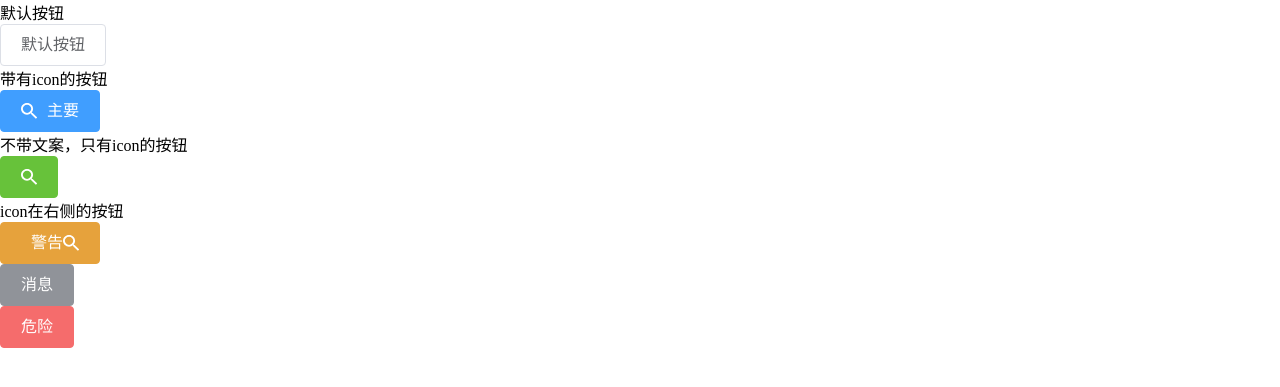
Repository: onlyadaydreamer/dreamer-ui
Page: /
An editor plug-in stored every save of this project. The page is shown before and after the next save, followed by the edit.
The browser window is 1280 px wide. The pictures show the whole page.
The project was rebuilt for these pictures with package versions that can differ from the ones it lists, and the page was loaded fresh each time. Also part of the build but not shown: src/styles/icon.js, src/packages/index.js.

Above is the page before, as saved 2020-05-13 15:42:58.

### src/main.js
import Vue from 'vue'
import App from './App.vue'

Vue.config.productionTip = false

import dreamerUI from './packages/index';
Vue.use(dreamerUI);

new Vue({
  render: h => h(App),
}).$mount('#app')

### src/App.vue
<template>
  <div id="app">
      <p>默认按钮</p>
    <dreamer-button>默认按钮</dreamer-button>
    <p>带有icon的按钮</p>
    <dreamer-button type="primary" icon="search">主要</dreamer-button>
    <p>不带文案，只有icon的按钮</p>
    <dreamer-button type="success" icon="search"></dreamer-button>
    <p>icon在右侧的按钮</p>
    <dreamer-button type="warning" icon="search" icon-position="right">警告</dreamer-button>
    <p></p>
    <dreamer-button type="info">消息</dreamer-button>
    <p></p>
    <dreamer-button type="danger">危险</dreamer-button>
  </div>
</template>

<script>

export default {

}
</script>

<style lang="scss">

</style>

### src/packages/button.vue
<template>
    <button class="dreamer-button" :class="btnClass">
        <dreamer-icon v-if="icon" :icon="icon" class="icon"></dreamer-icon>
        <!--有可能不写文案-->
        <span v-if="this.$slots.default">
            <slot></slot>
        </span>
    </button>
</template>

<script>
export default {
    name: 'dreamer-button',
    props: {
        type: {
            type: String,
            default: '',
            validator(type) {
                if (type && !['primary', 'success', 'warning', 'info', 'danger'].includes(type)) {
                    console.error('type类型必须为' + ['primary', 'success', 'warning', 'info', 'danger'].join('、'));
                }
                return true;// 最终都通过校验
            }
        },
        icon: {
            type: String
        },
        iconPosition: {
            type: String,
            default: 'left',
            validator(position) {
                if (position && !['primary', 'success', 'warning', 'info', 'danger'].includes(position)) {
                    console.error('position必须为' + ['left', 'right'].join('、'));
                }
                return true;
            }
        }
    },
    computed: {
        btnClass() {
            let classes = [];
            if (this.type) {
                classes.push(`dreamer-button-${this.type}`);
            }
            if (this.iconPosition) {
                classes.push(`dreamer-button-${this.iconPosition}`);
            }
            return classes;
        }
    }
}
</script>

<style lang="scss">
@import "../styles/_var.scss";
$height: 42px;
$font-size: 16px;
$color: #606266;
$border-color: #dcdfe6;
$background: #ecf5ff;
$active-color: #3a8ee6;

.dreamer-button {
    border-radius: $border-radius;
    border: 1px solid $border-color;
    color: $color;
    background: #fff;
    height: $height;
    cursor: pointer;
    font-size: $font-size;
    line-height: 1;
    padding: 12px 20px;
    display: inline-flex;
    justify-content: center;
    vertical-align: middle;
    &:hover {
        border-color: $border-color;
        background-color: $background;
    }
    &:focus,
    &:active {
        color: $active-color;
        border: 1px solid $active-color;
        outline: none;
        background-color: $background;
    }
    //   &-primary {}
    //   &-success {}
    //    ... 这么一遍一遍写太麻烦
    @each $type,
        $color
            in (
                primary: $primary,
                success: $success,
                info: $info,
                warning: $warning,
                danger: $danger
            )
    {
        &-#{$type} {
            background: #{$color};
            border: 1px solid #{$color};
            color: #fff;
            fill: #fff;
        }
    }
    @each $type,
        $color
            in (
                primary: $primary-hover,
                success: $success-hover,
                info: $info-hover,
                warning: $warning-hover,
                danger: $danger-hover
            )
    {
        &-#{$type}:hover {
            background: #{$color};
            border: 1px solid #{$color};
            color: #fff;
        }
    }
    @each $type,
        $color
            in (
                primary: $primary-active,
                success: $success-active,
                info: $info-active,
                warning: $warning-active,
                danger: $danger-active
            )
    {
        &-#{$type}:active,
        &-#{$type}:focus {
            background: #{$color};
            border: 1px solid #{$color};
            color: #fff;
        }
    }
    .icon {
        width: 16px;
        height: 16px;
    }
    .icon + span {// 如果icon后面有span标签的话, 设置span标签的样式
        margin-left: 10px;
    }
    span + .icon {// 如果icon前面有span标签的话, 设置span标签的样式
        margin-right: 10px;
    }
    &-left {
        svg{order: 1};
        span {order: 2};
    }
    &-right {
        svg{order: 2};
        span {order: 1};
    }
}
</style>

### src/packages/icon.vue
<template>
   <svg class="dreamer-icon" aria-hidden="true">
        <use :xlink:href="`#icon-${icon}`"></use>
    </svg>
</template>

<script>
import '../styles/icon';
export default {
    name: 'dreamer-icon',
    props: {
        icon: {
            type: String,
            required: true
        }
    }
}
</script>

<style lang="scss">
.dreamer-icon {
       width: 25px;
       height: 25px;
       vertical-align: middle;
    }
</style>

### src/styles/_var.scss
$border-radius: 4px;

$primary: #409EFF;
$success: #67C23A;
$warning: #E6A23C;
$danger: #F56C6C;
$info: #909399;

$primary-hover: #66B1FF;
$success-hover: #85CE61;
$warning-hover: #EBB563;
$danger-hover: #F78989;
$info-hover: #A6A9AD;

$primary-active: #3A8EE6;
$success-active: #5DAF34;
$warning-active: #CF9236;
$danger-active: #DD6161;
$info-active: #82848A;

* {
    padding: 0;
    margin: 0;
    box-sizing: border-box;
}

Loaded but not shown: public/index.html (common file)

After the next save:
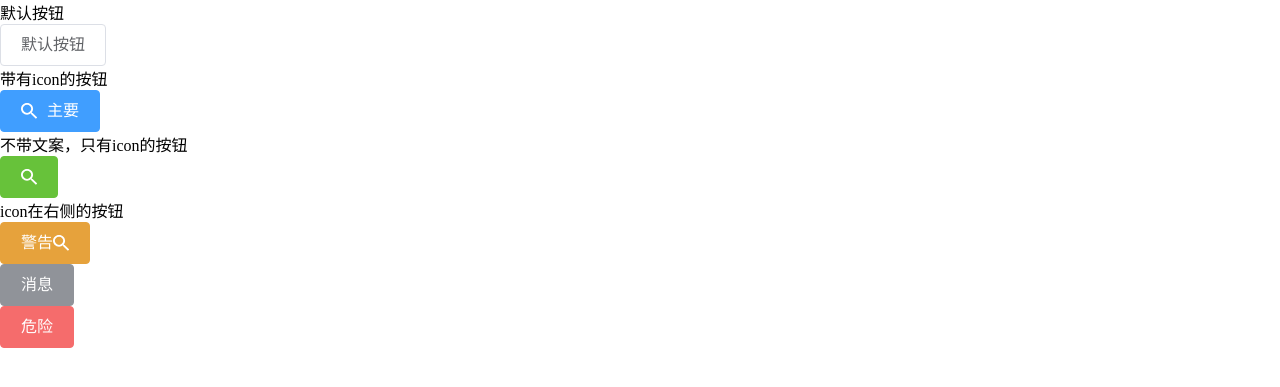
Saved 49 s later.
--- a/src/packages/button.vue
+++ b/src/packages/button.vue
@@ -141,19 +141,20 @@ $active-color: #3a8ee6;
         width: 16px;
         height: 16px;
     }
-    .icon + span {// 如果icon后面有span标签的话, 设置span标签的样式
-        margin-left: 10px;
-    }
-    span + .icon {// 如果icon前面有span标签的话, 设置span标签的样式
-        margin-right: 10px;
-    }
+
     &-left {
         svg{order: 1};
         span {order: 2};
+        .icon + span {// 如果icon后面有span标签的话, 设置span标签的样式
+            margin-left: 10px;
+        }
     }
     &-right {
         svg{order: 2};
         span {order: 1};
+        span + .icon {// 如果icon前面有span标签的话, 设置span标签的样式
+            margin-right: 10px;
+        }
     }
 }
 </style>
